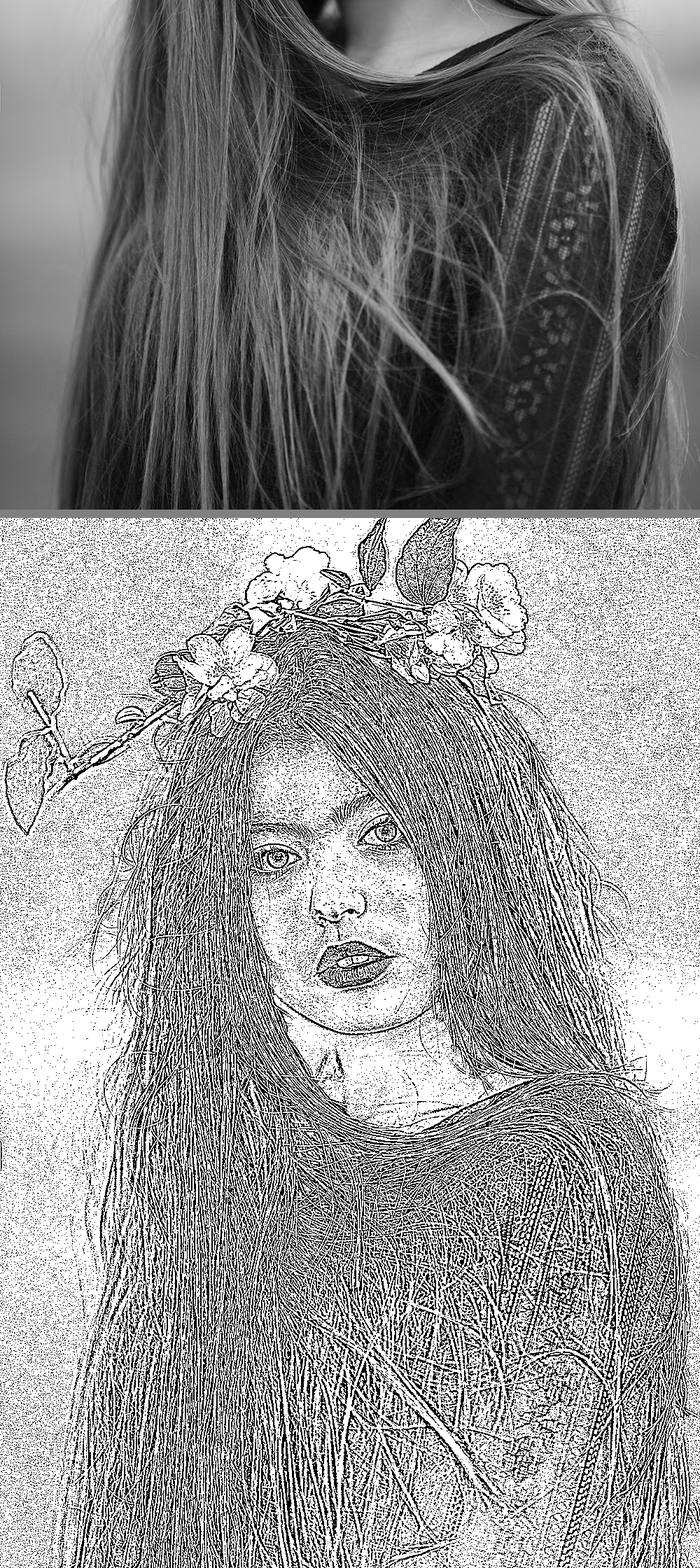
Repository: dongquan1504/ThiGiacMayTinh
Script's output: python threshold.py
The author's editor kept a copy of each file at every save. The script's output is drawn from the files as they stood at one save, then again after a run of saves.
The pictures show rows 772 to 3012 of an output 3012 px tall, at 70% of full size.
Each picture stacks the figures in order, with grey between them; figures that are only written to a file come last. Random numbers start from a fixed seed. It also reads images.jpg.

Above is the script's output before, as saved 2023-12-28 17:14:32.

After the next 3 saves:
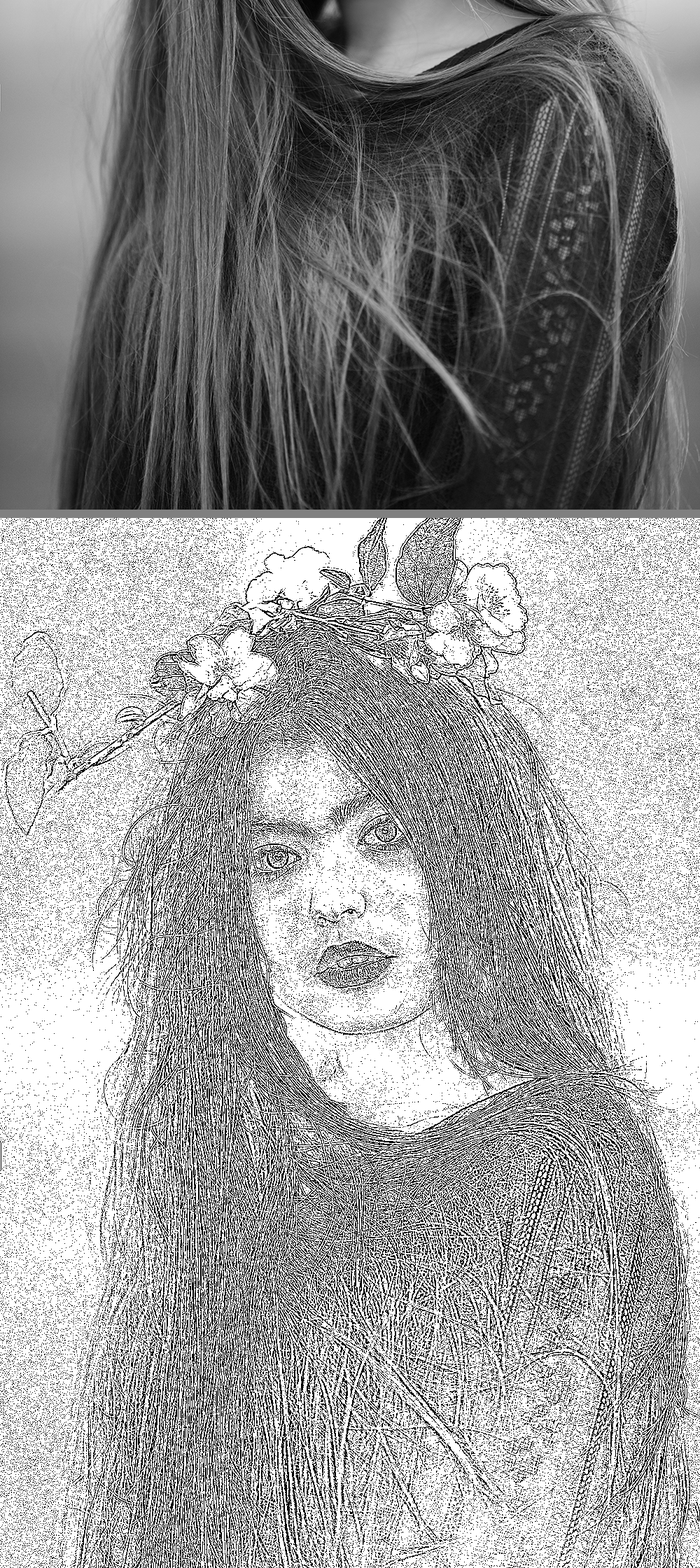
The 3 saves are shown as one change because 2 did not build or start.
The last was saved 27 s later.
--- a/threshold.py
+++ b/threshold.py
@@ -7,7 +7,7 @@ image_path = "images.jpg"
 img = cv2.imread(image_path, cv2.IMREAD_GRAYSCALE)
 
 # Áp dụng ngưỡng đa cấp (Adaptive Thresholding)
-adaptive_threshold = cv2.adaptiveThreshold(img, 255, cv2.ADAPTIVE_THRESH_MEAN_C, cv2.THRESH_BINARY, 5, 2)
+adaptive_threshold = cv2.adaptiveThreshold(img, 255, cv2.ADAPTIVE_THRESH_MEAN_C, cv2.THRESH_BINARY, 3, 2)
 #255 là giá trị pixel tối đa đầu ra
 # cv2.ADAPTIVE_THRESH_MEAN_C là phương pháp tính toán ngưỡng
 # cv2.THRESH_BINARY là kiểu ngưỡng
